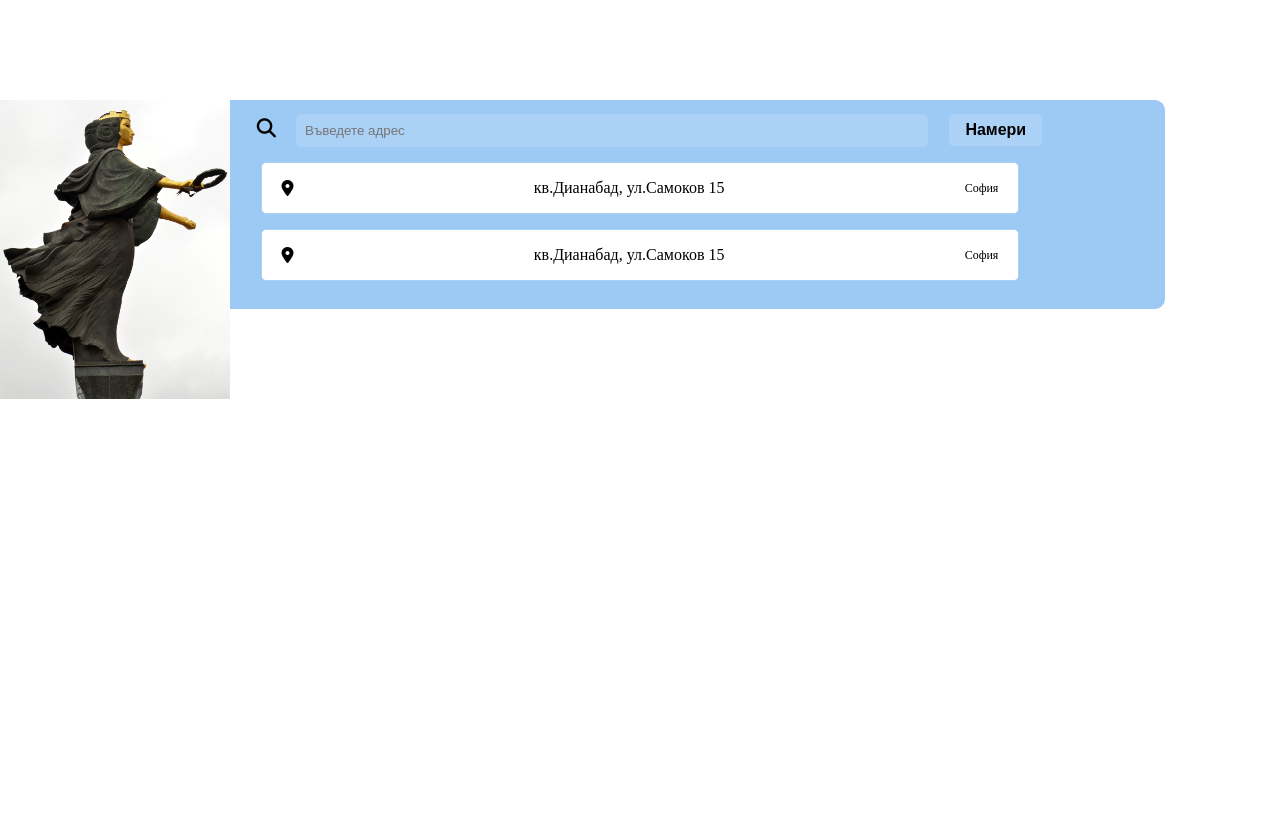
Repository: GeryZlatev/address-search
Page: /
These files come from the project's save history. The page is drawn as it stood at one moment and after the next save; the edit follows.
The browser window is 1280 px wide. The pictures show the whole page.
Some web libraries are served in a nearby version. The project was rebuilt for these pictures with package versions that can differ from the ones it lists, and the page was loaded fresh each time.

Above is the page before, as saved 2021-04-09 22:24:04.

### public/index.html
<!DOCTYPE html>
<html lang="en">
  <head>
    <script src="https://kit.fontawesome.com/667fcc0939.js" crossorigin="anonymous"></script>
    <meta charset="utf-8" />
    <link rel="icon" href="%PUBLIC_URL%/favicon.ico" />
    <meta name="viewport" content="width=device-width, initial-scale=1" />
    <meta name="viewport" content="width=device-width, initial-scale=1.0">
    <meta name="theme-color" content="#000000" />
    <meta
      name="description"
      content="Web site created using create-react-app"
    />
    <link rel="apple-touch-icon" href="%PUBLIC_URL%/logo192.png" />
    <!--
      manifest.json provides metadata used when your web app is installed on a
      user's mobile device or desktop. See https://developers.google.com/web/fundamentals/web-app-manifest/
    -->
    <link rel="manifest" href="%PUBLIC_URL%/manifest.json" />
    <!--
      Notice the use of %PUBLIC_URL% in the tags above.
      It will be replaced with the URL of the `public` folder during the build.
      Only files inside the `public` folder can be referenced from the HTML.

      Unlike "/favicon.ico" or "favicon.ico", "%PUBLIC_URL%/favicon.ico" will
      work correctly both with client-side routing and a non-root public URL.
      Learn how to configure a non-root public URL by running `npm run build`.
    -->
    <title>React App</title>
  </head>
  <body>
    <noscript>You need to enable JavaScript to run this app.</noscript>
    <div id="root"></div>
    <!--
      This HTML file is a template.
      If you open it directly in the browser, you will see an empty page.

      You can add webfonts, meta tags, or analytics to this file.
      The build step will place the bundled scripts into the <body> tag.

      To begin the development, run `npm start` or `yarn start`.
      To create a production bundle, use `npm run build` or `yarn build`.
    -->
  </body>
</html>

### src/index.css

body {
margin: 100px auto;
}

code {
  font-family: source-code-pro, Menlo, Monaco, Consolas, 'Courier New',
    monospace;
}

### src/App.js

import './App.css';
import SearchBar from './components/SearchBar';
import ImageWrapper from './components/ImageWrapper';

function App() {
  return (
    <div className="App">
      <ImageWrapper/>
      <SearchBar/>
    </div>
  );
}

export default App;

### src/App.css
.App {
  text-align: center;
  margin: 20px auto;

}

### src/components/ImageWrapper/index.js
export { default } from './ImageWrapper';

### src/components/SearchBar/SearchBar.js
import style from './SearchBar.module.css';
import ResultContainer from '../ImageWrapper';
import ResultItem from '../ResultItem';

const SearchBar = () => {

    return (
        <div className={style["searchbar-wrapper"]}>
            <form className={style["search-form"]}>
                <label htmlFor="search">

                    <i className="fas fa-search"></i>
                </label>
                    <input
                    type="text"
                    autoComplete="true"
                    placeholder="Въведете адрес"
                    name="search"
                    id="search"
                    />

                <input
                    type="submit"
                    value="Намери"
                />

            </form>
            <ResultItem
            address="кв.Дианабад, ул.Самоков 15"
                city="София" />
                        <ResultItem
            address="кв.Дианабад, ул.Самоков 15"
            city="София"/>
        </div>
    )

}

export default SearchBar;

### src/components/ImageWrapper/ImageWrapper.js
import style from './ImageWrapper.module.css';
import imageSvSofia from '../../media/statuya_na_sveta_sofiya_(1).jpeg';

const ResultContainer = () => {
    return (
        <div className={style["image-container"]}>
            <img src={ imageSvSofia} alt="Статуя на Света София"/>
        </div>
    )
}

export default ResultContainer;

### src/components/SearchBar/SearchBar.module.css
.searchbar-wrapper {
    max-width: 80%;
    margin: 40px auto;
    padding: 12px;
    background: #9DC9F5;
    border: 1px solid #9DC9F5;
    border-radius: 10px;

}

.search-form {
    max-width: 100%;
}

.search-form label {
    margin: 20px;
    font-size: larger;
    font-weight: bold;
    cursor: pointer;

}

.search-form input[type="text"] {
    min-width: 30%;
    width: 60%;
    min-height: 7%;
    margin-right: 20px;
    padding: 8px;
    outline: none;
    border: 1px solid #ACD1F6;
    border-radius: 5px;
    background: #ACD1F6;
}

.search-form input[type="submit"] {
    font-size: 16px;
    font-weight: bold;
    padding: 7px 16px;
    border: 1px solid #9DC9F5;
    border-radius: 5px;
    cursor: pointer;
    background: #ACD1F6;
    outline: none;
}

/* .search-form input[type="submit"]:hover {
    background: transparent;
    color: white;
} */

@media only screen and (max-width:620px) {
    .searchbar-wrapper {
    max-width: 90vh;
    padding: 20px 8px;
    background: #9DC9F5;
    opacity: 0.8;
    }

    .search-form {
    max-width: 75%;
    margin: 0px auto;
}

.search-form input[type="text"] {
    width: 100%;
    margin: 5px auto;
    /* background: #ACD1F6; */
}

.search-form input[type="submit"]  {
    display: block;
    width: 80%;
    margin: 0px auto;
    cursor: pointer;
}

.search-form input[type="submit"]:hover {
    border: 1px solid cornsilk;

}

.search-form label {
    font-size: x-large;
}
}

### src/components/ResultItem/index.js
export { default } from './ResultItem';

### src/components/ImageWrapper/ImageWrapper.module.css
.image-container {
    max-width: 18%;
    height: 100%;
    position: absolute;

}

.image-container img {
    max-width: 100%;
    max-height: 80%;
}

### src/components/ResultItem/ResultItem.js
import style from './ResultItem.module.css';

const ResultItem = (props) => {

    return (
        <div className={style["result-item-wrapper"]}>
            <i className="fas fa-map-marker-alt"></i>
            <p className={style["address-info"]}>{props.address}</p>
            <span className={style.city}>{ props.city}</span>

        </div>
    )

}

export default ResultItem;

### src/components/ResultItem/ResultItem.module.css
.result-item-wrapper {
    max-width: 70%;
    margin: 15px auto;
    display: flex;
    justify-content: space-between;
    align-items: center;
    background: white;
    padding: 0px 20px;
    border: 1px solid #ACD1F6;
    border-radius: 5px;
}

.city{
    font-size: 12px;
}

Loaded but not shown: src/index.js (common file); src/reportWebVitals.js (common file); src/components/SearchBar/index.js (common file)

After the next save:
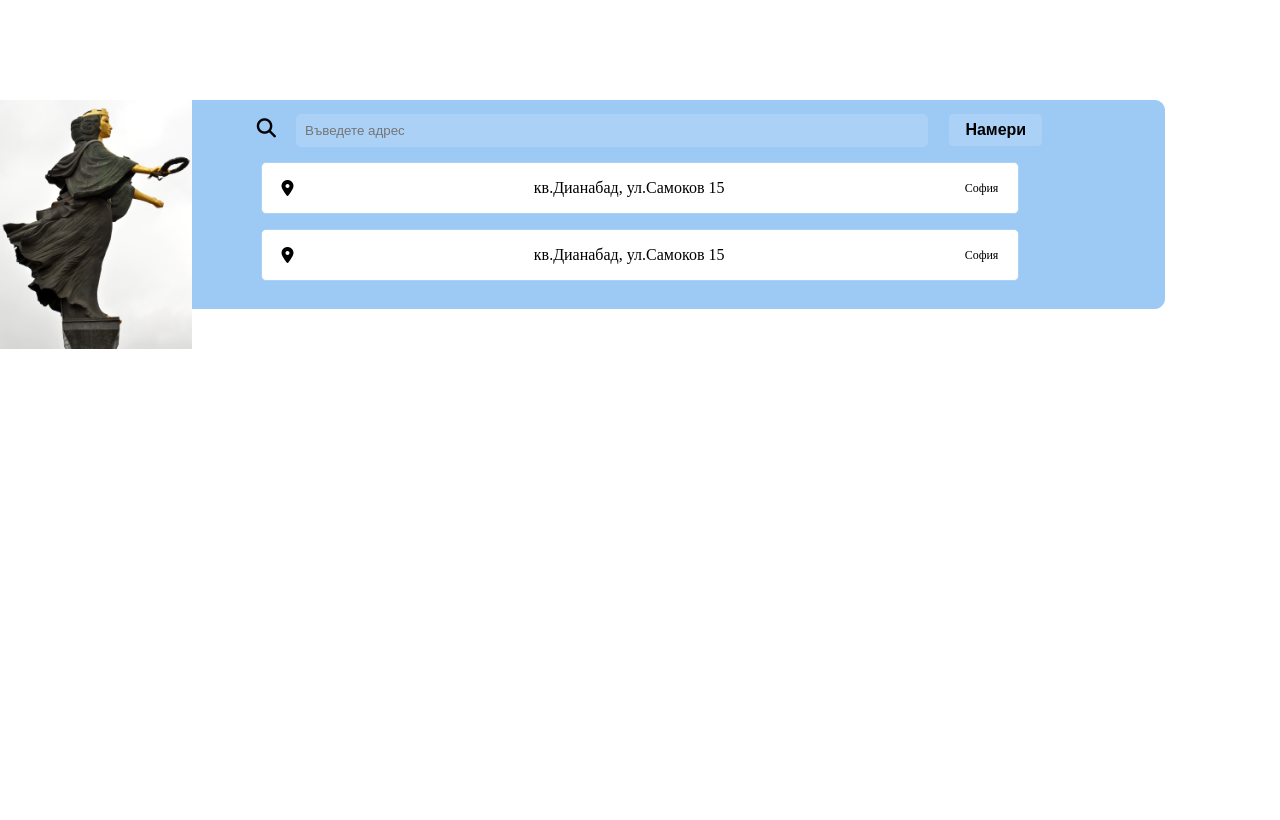
Saved 18 s later.
--- a/src/components/ImageWrapper/ImageWrapper.module.css
+++ b/src/components/ImageWrapper/ImageWrapper.module.css
@@ -1,5 +1,5 @@
 .image-container {
-    max-width: 18%;
+    max-width: 15%;
     height: 100%;
     position: absolute;
 
@@ -7,5 +7,5 @@
 
 .image-container img {
     max-width: 100%;
-    max-height: 80%;
+    max-height: 100%;
 }
